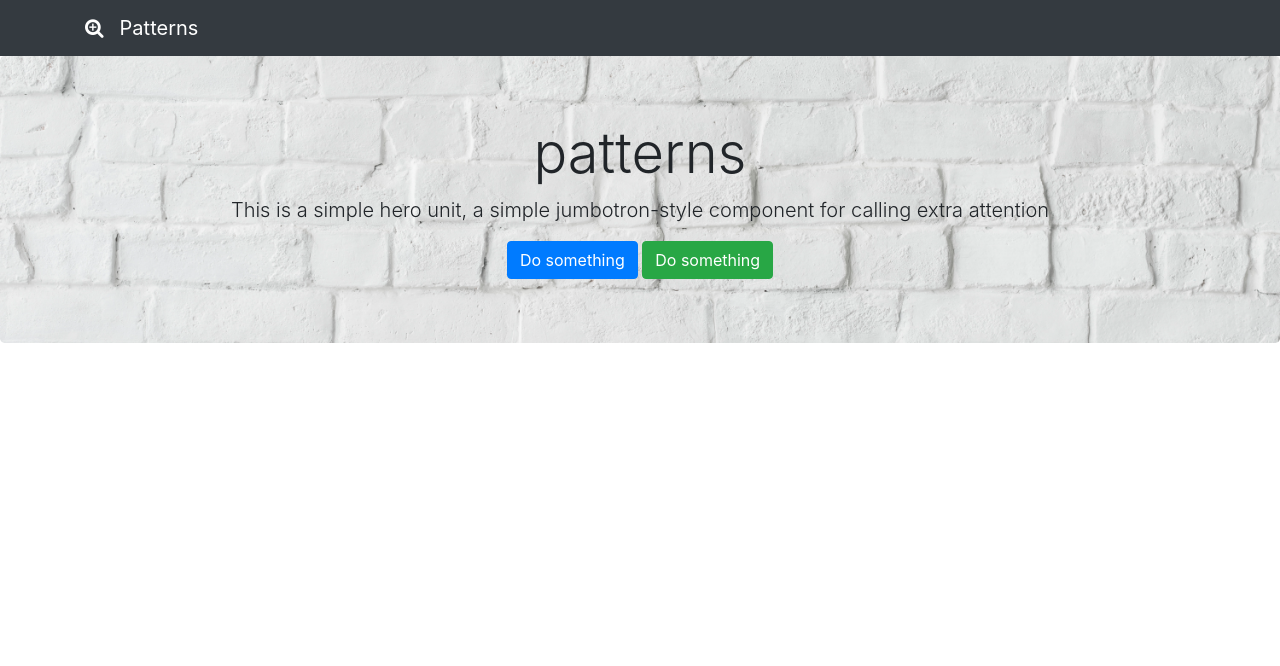
Repository: Mietlicha/patterns
Page: index.html
An editor plug-in stored every save of this project. The page is shown before and after the next save, followed by the edit.
The browser window is 1280 px wide. The pictures show the whole page.

Above is the page before, as saved 2019-10-24 11:35:18.

After the next save:
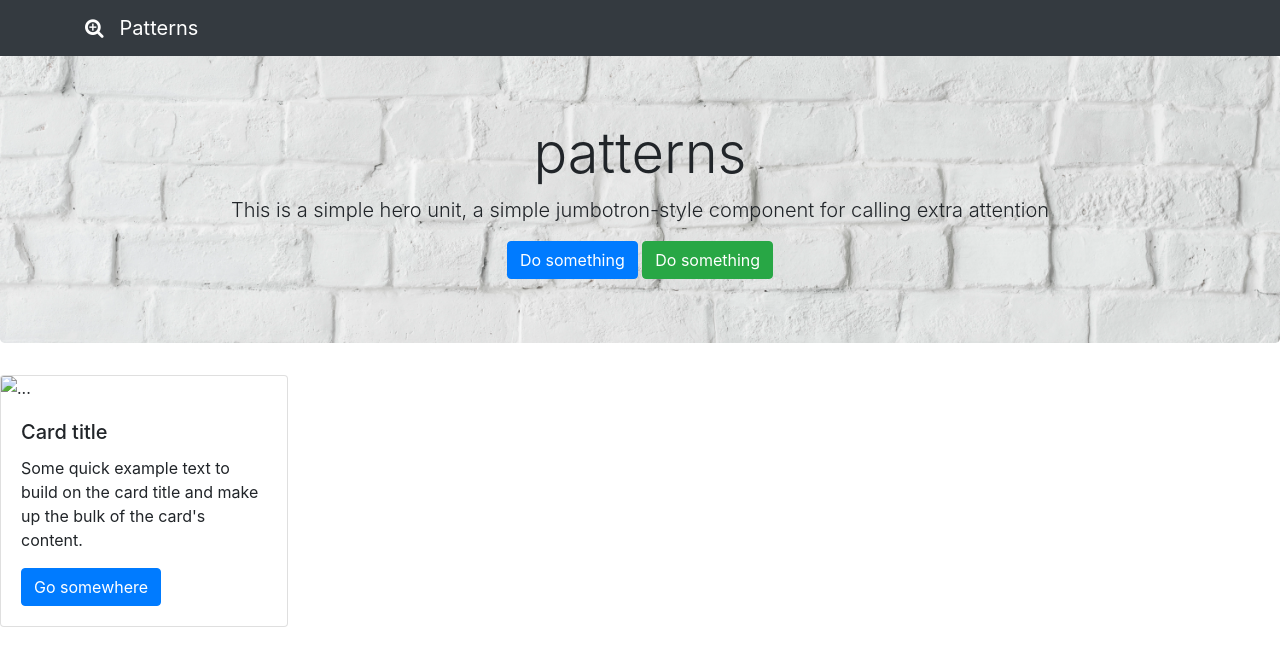
Not found: ...
Saved 29 s later.
--- a/index.html
+++ b/index.html
@@ -26,6 +26,15 @@
             <a href="#" class="btn btn-success">Do something</a>
             </div>
             </section>
+
+            <section class="card" style="width: 18rem;">
+                    <img src="..." class="card-img-top" alt="...">
+                    <div class="card-body">
+                      <h5 class="card-title">Card title</h5>
+                      <p class="card-text">Some quick example text to build on the card title and make up the bulk of the card's content.</p>
+                      <a href="#" class="btn btn-primary">Go somewhere</a>
+                    </div>
+                  </>
         </article>
 
 
